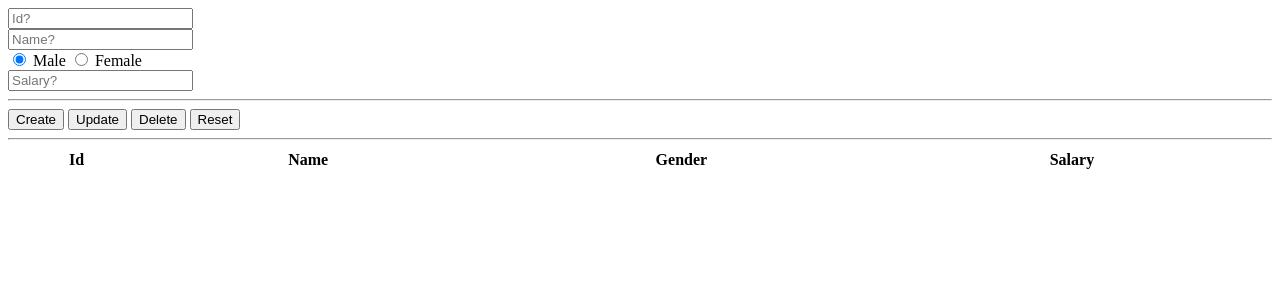
Repository: HoangTrung2004/JAVA4
Page: Lab7/src/main/webapp/views/employee.html
An editor plug-in stored every save of this project. The page is shown before and after the next save, followed by the edit.
The browser window is 1280 px wide. The pictures show the whole page.
The page's requests for data from a server got no answer.

Above is the page before, as saved 2025-07-21 10:04:43.

### Lab7/src/main/webapp/views/employee.html
<!DOCTYPE html>
<html>
<head>
<meta charset="UTF-8">
<title>Danh sách </title>
</head>
<body>

	<div>
		<input id="id" placeholder="Id?"> <br>
		<input id="name" placeholder="Name?"> <br>
		<input type="radio" id="male" name= "gender" checked> Male
		<input type="radio" id="female" name= "gender" > Female <br>
		<input id="salary" placeholder="Salary?"> <br>
	</div>
	<hr>

	<button onclick="ctr.create()" >Create</button>
	<button onclick="ctr.update()" >Update</button>
	<button onclick="ctr.delete()" >Delete</button>
	<button onclick="ctr.reset()" >Reset</button>

	<hr>

	<table bode="1" style="width: 100%">
		<thead>
			<tr>
				<th>Id</th>
				<th>Name</th>
				<th>Gender</th>
				<th>Salary</th>
				<th></th>
			</tr>
		</thead>

		<tbody id="list" style="text-align: center;"></tbody>

	</table>


	<script>
		var ctrl = {
		    setForm(employee) {
		        document.getElementById("id").value = employee.id;
		        document.getElementById("name").value = employee.name;
		        document.getElementById("salary").value = employee.salary;
		        if(employee.gender){
		            document.getElementById("male").checked = true;
		        } else {
		            document.getElementById("female").checked = true;
		        }
		    },
		    getForm() {
		        return {
		            id: document.getElementById("id").value,
		            name: document.getElementById("name").value,
		            gender: document.getElementById("male").checked,
		            salary: parseFloat(document.getElementById("salary").value)
		        }
		    },
		    fillToTable(employees) {
		        var rows = [];
		        employees.forEach(e => {
		            var row = `<tr>
		                <td>${e.id}</td>
		                <td>${e.name}</td>
		                <td>${e.gender?'Male':'Female'}</td>
		                <td>${e.salary}</td>
		                <td><a href="javascript:ctrl.edit('${e.id}')">Edit</a></td>
		            </tr>`;
		            rows.push(row);
		        });
		        document.getElementById("list").innerHTML = rows.join('');
		    },
		    loadAll() {
		        fetch('/Lab7/employees', {method: "GET"})
		            .then(resp => resp.json())
		            .then(employees => {
		                this.fillToTable(employees);
		            });
		    },
		    create() {
		        var data = this.getForm();
		        fetch('/Lab7/employees', {
		            method: "POST",
		            headers: {"Content-Type": "application/json"},
		            body: JSON.stringify(data)
		        }).then(resp => resp.json()).then(json => {
		            this.loadAll();
		            this.reset();
		        });
		    },
		    update() {
		        var data = this.getForm();
		        fetch(`/Lab7/employees/${data.id}`, {
		            method: "PUT",
		            headers: {"Content-Type": "application/json"},
		            body: JSON.stringify(data)
		        }).then(resp => resp.json()).then(json => {
		            this.loadAll();
		        });
		    },
		    delete() {
		        var id = document.getElementById("id").value;
		        fetch(`/Lab7/employees/${id}`, {method: "DELETE"})
		            .then(resp => resp.json())
		            .then(json => {
		                this.loadAll();
		                this.reset();
		            });
		    },
		    reset() {
		        var employee = {id:"", name:"", salary:0, gender:true};
		        this.setForm(employee);
		    },
		    edit(id) {
		        fetch(`/Lab7/employees/${id}`, {method: "GET"})
		            .then(resp => resp.json())
		            .then(employee => {
		                this.setForm(employee);
		            });
		    }
		};
ctrl.loadAll();
</script>

</body>
</html>

After the next save:
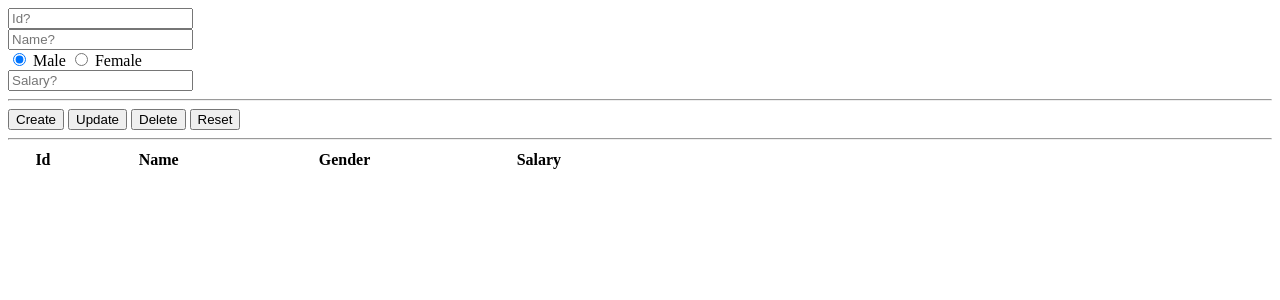
Saved 12 s later.
--- a/Lab7/src/main/webapp/views/employee.html
+++ b/Lab7/src/main/webapp/views/employee.html
@@ -22,7 +22,7 @@
 
 	<hr>
 
-	<table bode="1" style="width: 100%">
+	<table bode="1" style="width: 50%">
 		<thead>
 			<tr>
 				<th>Id</th>
